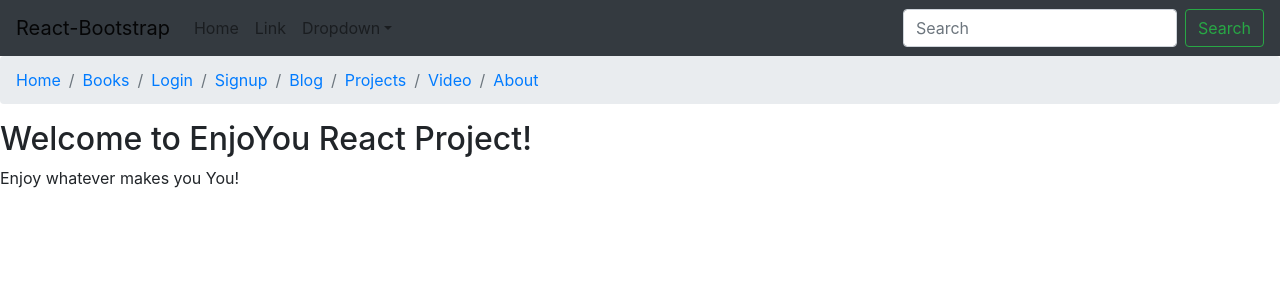
Repository: ebo-arcadia/enjoyou
Page: /home
The author's editor kept a copy of each file at every save. The page is drawn from the files as they stood at one save, then again after the next save.
The browser window is 1280 px wide. The pictures show the whole page.
The project was rebuilt for these pictures with package versions that can differ from the ones it lists, and the page was loaded fresh each time. Also part of the build but not shown: src/components/BooksList.js, src/containers/Login.js, src/containers/signup.js, src/containers/blog.js, src/containers/Projects.js, src/containers/video.js, src/components/About.js.

Above is the page before, as saved 2021-04-20 16:52:55.

After the next save:
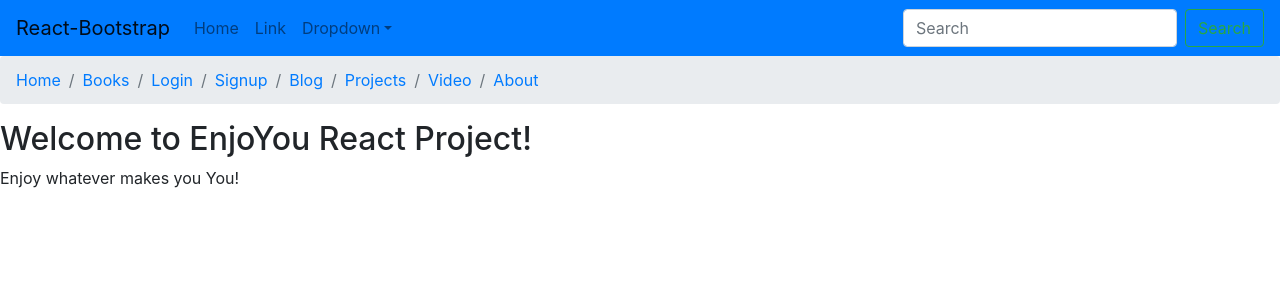
Saved 2 min 20 s later.
--- a/src/components/NavigationBar.js
+++ b/src/components/NavigationBar.js
@@ -3,7 +3,7 @@ import { Navbar, Nav, NavDropdown, Form, FormControl, Button } from 'react-boots
 
 const NavigationBar = () => {
     return (
-        <Navbar bg="dark" expand="lg">
+        <Navbar bg="primary" expand="lg">
         <Navbar.Brand href="#home">React-Bootstrap</Navbar.Brand>
         <Navbar.Toggle aria-controls="basic-navbar-nav" />
         <Navbar.Collapse id="basic-navbar-nav">
